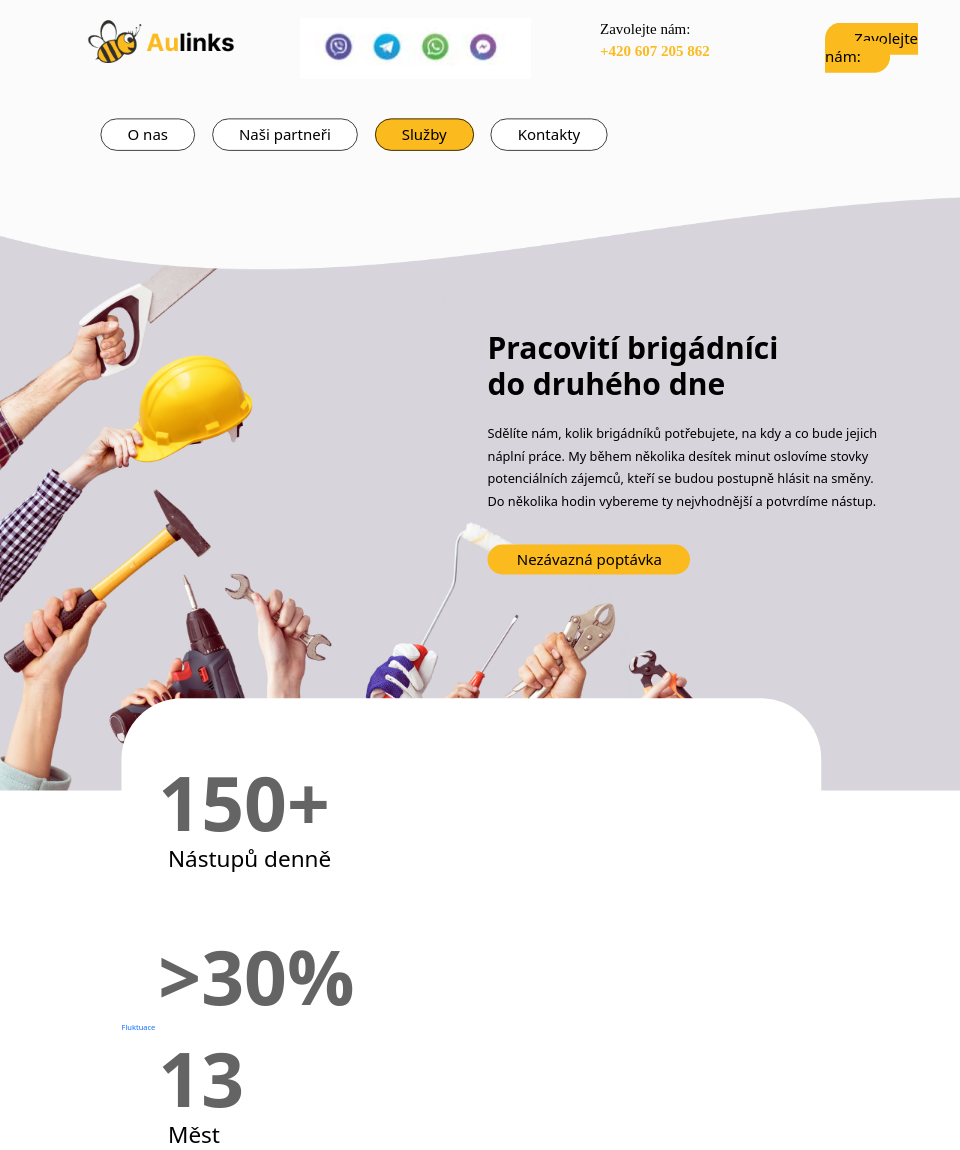
Repository: bilday08/aulinks
Page: index.html
These files come from the project's save history. The page is drawn as it stood at one moment and after the next save; the edit follows.
The browser window is 1280 px wide. The pictures show the whole page, at 75% of full size.
Some web fonts or font styles are not loaded; a fallback is used.

Above is the page before, as saved 2022-12-07 14:57:25.

### index.html
<!DOCTYPE html>
<html lang="en">
<head>
    <meta charset="UTF-8">
    <meta http-equiv="X-UA-Compatible" content="IE=edge">
    <meta name="viewport" content="width=device-width, initial-scale=1.0">
    <title>Aulinks</title>
    <link rel="stylesheet" href="./reset.css">
    <link rel="stylesheet" href="./style.css">
    <link
    rel="stylesheet"
    href="https://cdnjs.cloudflare.com/ajax/libs/font-awesome/6.2.0/css/all.min.css"
    integrity="sha512-xh6O/CkQoPOWDdYTDqeRdPCVd1SpvCA9XXcUnZS2FmJNp1coAFzvtCN9BmamE+4aHK8yyUHUSCcJHgXloTyT2A=="
    crossorigin="anonymous"
    referrerpolicy="no-referrer" />
    <link
    href="https://cdn.jsdelivr.net/npm/bootstrap@5.2.1/dist/css/bootstrap.min.css"
    rel="stylesheet"
    integrity="sha384-iYQeCzEYFbKjA/T2uDLTpkwGzCiq6soy8tYaI1GyVh/UjpbCx/TYkiZhlZB6+fzT"
    crossorigin="anonymous">
    <script
    src="https://cdn.jsdelivr.net/npm/bootstrap@5.2.1/dist/js/bootstrap.bundle.min.js"
    integrity="sha384-u1OknCvxWvY5kfmNBILK2hRnQC3Pr17a+RTT6rIHI7NnikvbZlHgTPOOmMi466C8"
    crossorigin="anonymous">
    </script>
    <link rel="preconnect" href="https://fonts.googleapis.com">
    <link rel="preconnect" href="https://fonts.gstatic.com" crossorigin>
    <link
    href="https://fonts.googleapis.com/css2?family=Inter+Tight:ital,wght@0,100;0,200;0,300;0,400;0,500;0,600;0,700;0,800;0,900;1,200;1,300;1,400;1,500;1,600;1,700;1,800;1,900&family=Inter:wght@100;200;300;400;500;600;700;800;900&display=swap"
    rel="stylesheet">
</head>
<body>
    <div class="wrapper">
        <header class="header">
            <div class="container_fluid_header">
                <div class="header__logo">
                    <img class="logo_images" src="./images/Header/logo.png" alt="logo"/>
                    <img class="logo_text" src="./images/Header/logotext.png" alt="logo"/>
                </div>
                <div class="header__contact">
                    <img class="contact_images" src="./images/Header/contact.png" alt="contact">
                </div>
                <div class="header__text">
                    <span class="text_name">Zavolejte nám:</span>
                    <span class="text_number">+420 607 205 862</span>
                </div>
                <div class="header__button">
                    <a href="#" class="button_name">Zavolejte nám:</a>
                </div>
                <div class="herder__button_white">
                    <a href="#" class="button_name_white">O nas</a>
                    <a href="#" class="button_name_white">Naši partneři</a>
                    <a href="#" class="button_name_white button_name_yellow">Služby</a>
                    <a href="#" class="button_name_white">Kontakty</a>
                </div>
            </div>
        </header>
    </div>
    <main>
        <div class="container_fluid_main">
            <div class="main__top_br">
                <img
                src="./images/Main/Rectangle 8 (9).png"
                alt="#" class="main_top_header"/>
                <h1 class="main_text">Pracovití brigádníci do druhého dne</h1>
                <p class="main_content">
                    Sdělíte nám, kolik brigádníků potřebujete,
                    na kdy a co bude jejich náplní práce. My během několika
                    desítek minut oslovíme stovky potenciálních zájemců, kteří
                    se budou postupně hlásit na směny. Do několika hodin vybereme
                    ty nejvhodnější a potvrdíme nástup.
                </p>
                <a href="#" class="main_button">Nezávazná poptávka</a>
            </div>
            <div class="main_center">
                <a href="#" class="center_button">
                    <div class="button__first">
                        <span class="button_number">150+</span>
                        <span class="button_text">Nástupů denně</span>
                    </div>
                    <div class="button__second">
                        <span class="button_number">>30%</span>
                        <span class="button__text">Fluktuace</span>
                    </div>
                    <div class="button__third">
                        <span class="button_number">13</span>
                        <span class="button_text">Měst</span>
                    </div>
                </a>
            </div>
        </div>
    </main>
</body>
</html>

### style.css
html{
    font-size: 62.5%;
    /* 1rem=10px; */
}
* {
    box-sizing: border-box;
}
body{
    font-family: 'Inter Tight', sans-serif;
}
.container_fluid_header{
    max-width: 100%;
    height: 36rem;
    background-image: url(./images/Header/Rectangle\ 8\ \(10\).png);
    background-repeat: no-repeat;
    background-size: auto;
}
/* .header__logo{
    margin-top: 6rem;
} */
.logo_images{
    margin-left: 11.4rem;
    margin-top: 2rem;
    width: 7.8rem;
    height: 7.1rem;
}
.logo_text{
    margin-top: 2rem;
}
.contact_images{
    margin-left: 40rem;
    margin-top: -7rem;
    width: 30.8rem;
    height: 8.1rem;
}
.header__text{
    margin-left: 80rem;
    margin-top: -8rem;
}
.text_name{
    display: block;
    width: 14.5rem;
    height: 3rem;
    font-family: 'Inter Tight';
    font-weight: 400;
    font-size: 20px;
    line-height: 24px;
    color: black;
}
.text_number{
    color: #FBBA1D;
    width: 18.5rem;
    height: 2.4rem;
    font-family: 'Inter Tight';
    font-style: normal;
    font-weight: 700;
    font-size: 20px;
    line-height: 24px;
}
.header__button{
    margin-left: 110rem;
    margin-top: -4rem;
}
.button_name{
    text-align: center;
    text-decoration: none;
    padding: 0.8rem 3.9rem;
    color: black;
    background-color: #FBBA1D;
    width: 22.3rem;
    height: 4.1rem;
    font-weight: 400;
    font-size: 20px;
    line-height: 24px;
    border-radius: 30px;
}
.herder__button_white{
    margin-top: 8rem;
    margin-left: 11.4rem;
}
.button_name_white{
    text-decoration: none;
    text-align: center;
    color: black;
    background-color: white;
    padding: 0.7rem 3.5rem;
    width: 19rem;
    height: 4rem;
    font-weight: 400;
    font-size: 20px;
    line-height: 24px;
    border-radius: 30px;
    border: 1px solid #000000;
    margin-left: 2rem;
}
.button_name_yellow{
    background-color: #FBBA1D;
}
.main_top_header{
    max-width: 100%;
    object-fit: contain;
    margin-left: 0;
}
.container_fluid_main{
    max-width: 100%;
    height: 79.4rem;
    background-image: url(./images/Main/brmain.png);
    object-fit: cover;
    margin-top: -10em;
}
.main_text{
    width: 42.7rem;
    height: 9.6rem;
    font-weight: 600;
    font-size: 40px;
    line-height: 48px;
    color: #000000;
    margin-left: 65rem;
    margin-top: 8rem;
}
.main_content{
    width: 53.5rem;
    height: 12rem;
    font-weight: 400;
    font-size: 17px;
    line-height: 30px;
    color: #000000;
    margin-top: 2.8rem;
    margin-left: 65rem;
}
.main_button{
    text-decoration: none;
    text-align: center;
    display: block;
    padding: 8px 39px;
    color: black;
    background-color: #FBBA1D;
    width: 27rem;
    height: 4rem;
    font-weight: 400;
    font-size: 20px;
    line-height: 24px;
    border-radius: 30px;
    margin-top: 4.3rem;
    margin-left: 65rem;
    white-space: nowrap;
}
.center_button{
    text-decoration: none;
    max-width: 109rem;
    height: 31.3rem;
    background-color:#FFFFFF;
    border-radius: 81px;
    display: block;
    margin-top: 16.5rem;
    margin-left: 16.2rem;
    margin-right: 18.5rem;
    padding-top: 7.8rem;
}
.button_number{
    display: block;
    font-weight: 600;
    font-size: 100px;
    line-height: 121px;
    color: #646464;
    margin-left: 4.9rem;
}
/* .button__first .button__second .button__third {
    display: inline;
} */
.button_text{
    width: 24rem;
    height: 3.3rem;
    display: block;
    font-weight: 400;
    font-size: 30px;
    line-height: 30px;
    color: #000000;
    margin-left: 6.2rem;
    margin-bottom: 7.8rem;
}

Loaded but not shown: reset.css (common file)

After the next save:
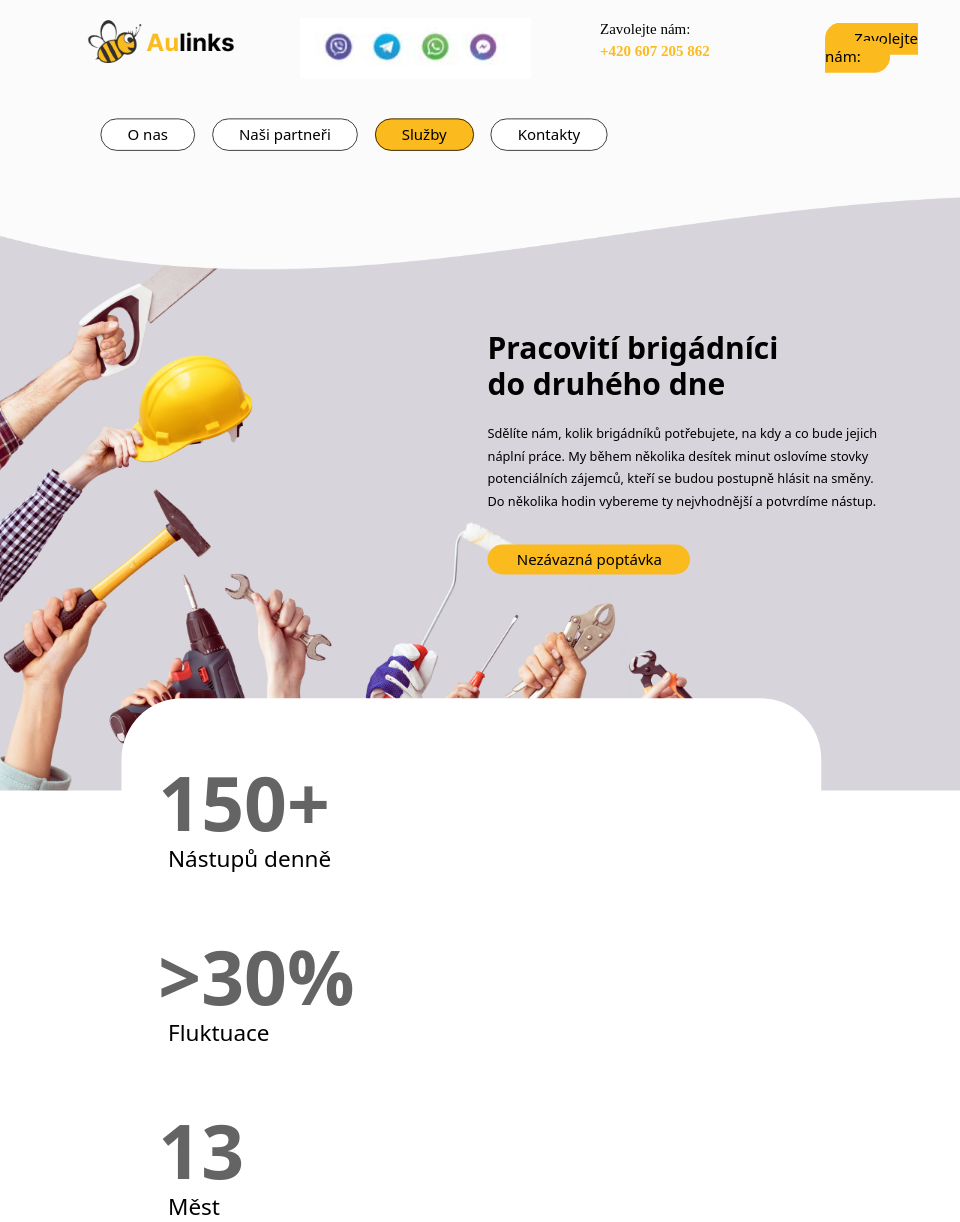
Saved 12 s later.
--- a/index.html
+++ b/index.html
@@ -80,7 +80,7 @@
                     </div>
                     <div class="button__second">
                         <span class="button_number">>30%</span>
-                        <span class="button__text">Fluktuace</span>
+                        <span class="button_text">Fluktuace</span>
                     </div>
                     <div class="button__third">
                         <span class="button_number">13</span>
